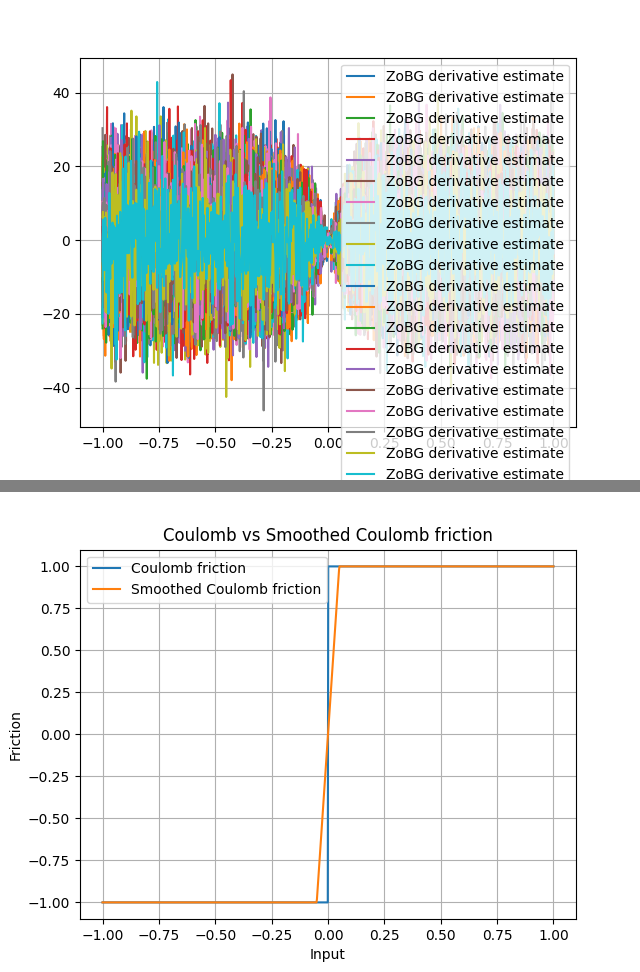
Repository: oomcth/Gradient-smoothing
Script's output: python test.py
An editor plug-in stored every save of this project. The script's output is shown before and after the next save, followed by the edit.
Each picture stacks the figures in order, with grey between them; figures that are only written to a file come last. Random numbers start from a fixed seed.

Above is the script's output before, as saved 2025-11-21 17:04:20.

### test.py
import numpy as np
import matplotlib.pyplot as plt

rng = np.random.default_rng()
sigma = 0.1
t = 0.1


def coulomb_friction(x):
    return -1 if x < 0 else 1


def smoothed_coulomb_friction(x, t):
    assert t > 0
    return -1 if x < -t / 2 else 1 if x > t / 2 else 2 * x / t


def visualize_coulomb(t):
    x = np.linspace(-1, 1, 1000)
    y1 = np.array([coulomb_friction(l) for l in x])
    y2 = np.array([smoothed_coulomb_friction(l, t) for l in x])

    plt.plot(x, y1, label="Coulomb friction")
    plt.plot(x, y2, label="Smoothed Coulomb friction")

    plt.legend()
    plt.xlabel("Input")
    plt.ylabel("Friction")
    plt.title("Coulomb vs Smoothed Coulomb friction")
    plt.grid(True)
    plt.show()


def zo_gradient(f, x, M=100):
    x = np.array([x], dtype=float)
    omegas = rng.normal(loc=0.0, scale=sigma, size=M)
    xs = x + omegas

    f_vals = np.array([f(float(xi)) for xi in xs])
    glp = -omegas / sigma**2
    print(f_vals.shape)
    print(glp.shape)

    integrand = -(f_vals[:, None] * glp)
    return integrand.mean(axis=0).squeeze()


def visualize_coulomb_derivatives(t):
    x = np.linspace(-1, 1, 1000)

    y = np.array(
        [
            zo_gradient(
                coulomb_friction,
                l,
            )
            for l in x
        ]
    )

    plt.plot(x, y, label="ZoBG derivative estimate")
    plt.legend()
    plt.grid(True)
    plt.show()


# Run tests
visualize_coulomb_derivatives(t)
visualize_coulomb(t)

After the next save:
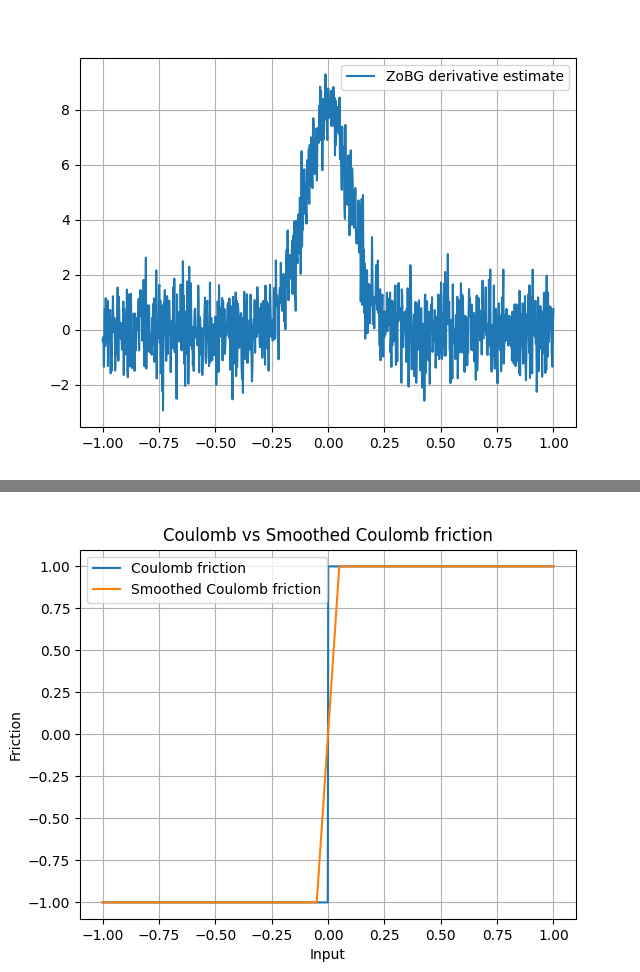
Saved 22 s later.
--- a/test.py
+++ b/test.py
@@ -41,7 +41,7 @@ def zo_gradient(f, x, M=100):
     print(f_vals.shape)
     print(glp.shape)
 
-    integrand = -(f_vals[:, None] * glp)
+    integrand = -(f_vals[:, None] * glp[:, None])
     return integrand.mean(axis=0).squeeze()
 
 
